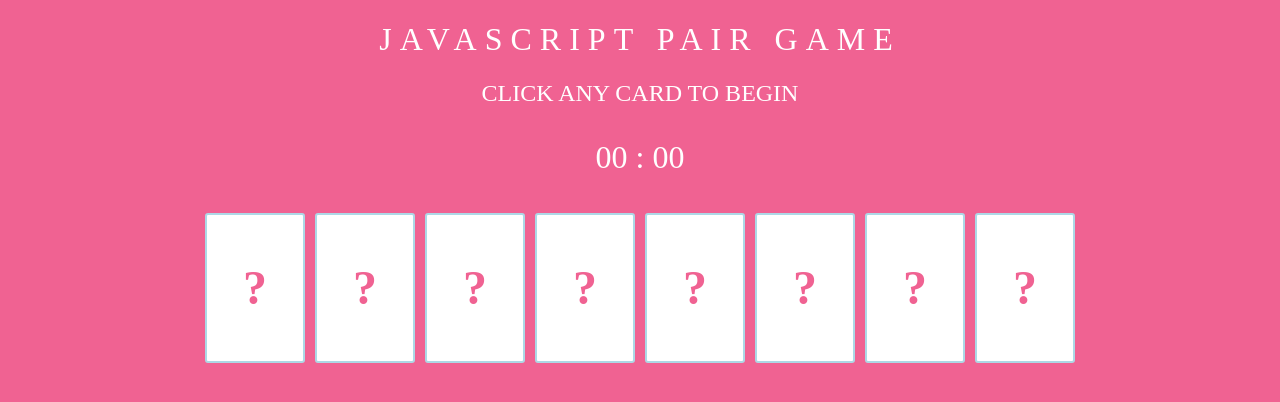
Repository: EEOOOO/javascript-projects
Page: pairGameApp/index.html
The author's editor kept a copy of each file at every save. The page is drawn from the files as they stood at one save, then again after the next save.
The browser window is 1280 px wide. The pictures show the whole page.

Above is the page before, as saved 2022-07-26 18:57:47.

### pairGameApp/index.html
<!DOCTYPE html>
<html lang="en">
<head>
    <meta charset="UTF-8">
    <meta http-equiv="X-UA-Compatible" content="IE=edge">
    <meta name="viewport" content="width=device-width, initial-scale=1.0">
    <link rel="stylesheet" href="style.css">
    <script defer src="pairGame.js"></script>
    <title>pairGame</title>
</head>
<body>
    <h1>Javascript Pair Game</h1>
    <h2>Click any card to begin</h2>
    <p class="time">
        <span class="sec">00</span>
        <span>:</span>
        <span class="milisec">00</span>
    </p>
    <div class="container">

    </div>
</body>
</html>

### pairGameApp/style.css
* {
  box-sizing: border-box;
}
body {
  background-color: #f06292;
  color: white;
  text-align: center;
}
h1 {
  font-weight: 300;
  letter-spacing: 0.5rem;
  text-transform: uppercase;
}
h2 {
  font-weight: 400;
  text-transform: uppercase;
}
.time {
  font-size: 2rem;
}
.container {
  margin: auto;
  text-align: center;
  display: flex;
  justify-content: center;
  align-items: center;
}
.card {
  width: 100px;
  height: 150px;
  perspective: 1000px;
  margin: 5px;
}
.card-inner {
  position: relative;
  width: 100%;
  height: 100%;
  text-align: center;
  transition: transform 1s;
  transform-style: preserve-3d;
}
.card-front {
  width: 100%;
  height: 100%;
  //backface-visibility: hidden;
  position: absolute;
  background-color: white;
  border-radius: 3px;
  border: 2px solid lightblue;
  cursor: pointer;
  display: flex;
  justify-content: center;
  align-items: center;
  //transform: rotateY(180deg);
}
.card-front span {
  color: #f06292;
  font-weight: 800;
  font-size: 3rem;
}
.card-back {
  position: absolute;
  width: 100%;
  height: 100%;
  backface-visibility: hidden;
  top: 0;
  left: 0;
  background-color: lightblue;
  border-radius: 3px;
  border: 2px solid white;
  cursor: pointer;
  display: flex;
  justify-content: center;
  align-items: center;
  transform: rotateY(180deg);
}
.card-back span {
  color: "#00796b";
  font-size: 3rem;
}
.flipped {
  transform-style: preserve-3d;
  transform: rotateY(180deg);
}

### pairGameApp/pairGame.js
let h1 = document.querySelector('h1');
let h2 = document.querySelector('h2');
let time = document.querySelector('.time');
let sec = document.querySelector('.sec');
let milisec = document.querySelector('.milisec');
let container = document.querySelector('.container');

let cards = ['1','2','3','4','1','2','3','4']
let counter = 0;
let compareList = [];
cards = shuffle(cards);
function shuffle(array) {
    let currentIndex = array.length,  randomIndex;

    // While there remain elements to shuffle.
    while (currentIndex != 0) {

      // Pick a remaining element.
      randomIndex = Math.floor(Math.random() * currentIndex);
      currentIndex--;

      // And swap it with the current element.
      [array[currentIndex], array[randomIndex]] = [
        array[randomIndex], array[currentIndex]];
    }

    return array;
  }

for (card of cards){
    let cardBox = document.createElement('div');
    cardBox.setAttribute('class','card');

    let cardInner = document.createElement('div');
    cardInner.setAttribute('class','card-inner');
    let cardFront = document.createElement('div');
    cardFront.setAttribute('class','card-front');
    let cardFrontSpan = document.createElement('span');
    cardFrontSpan.textContent = '?';
    cardFront.append(cardFrontSpan);

    let cardBack = document.createElement('div');
    let cardBackSpan = document.createElement('span');
    cardBack.setAttribute('class','card-back');
    cardBackSpan.textContent = card;
    cardBack.append(cardBackSpan);


    cardInner.append(cardFront);
    cardInner.append(cardBack);
    cardBox.append(cardInner);
    container.append(cardBox);

    cardBox.onclick = function() {
        cardInner.classList.add('flipped');
        counter++;
        compareList.push(this.textContent.slice(1));
        if (compareList.length > 1){
          checkCorrect();
        }
        console.log(compareList);
        startTimer();
        win();
    }
}
let timer;
function startTimer(){
  if (timer){
      clearInterval(timer);
  }
  timer = setInterval(updateTimer, 100);
};
let win = function(){
  console.log('checked');
  console.log(counter);
  if (counter == 8){
    clearInterval(timer);
    time.html = "";
    finishTime = sec.textContent + 'sec ' + milisec.textContent + 'mili sec'
    time.textContent = `${finishTime}이 걸려 성공했습니다.✨`;
  }
}
function updateTimer(){
  changedMiliSec = +milisec.textContent + 1
  if (changedMiliSec < 10) {
      changedMiliSec= paddingZero(changedMiliSec);
  }
  else if ( 59 <= changedMiliSec ) {
      changedMiliSec = '00'
      changedSec = +sec.textContent + 1
      if (changedSec < 10) {
          changedSec = paddingZero(changedSec);
      }
      sec.textContent = changedSec;
  }
  milisec.textContent = changedMiliSec;


}
function paddingZero(timeContent) {
  return '0'+ timeContent
}
function checkCorrect(){
  if (compareList[0] === compareList[1]) {
    console.log('correct');
  }
  compareList = [];
}

After the next save:
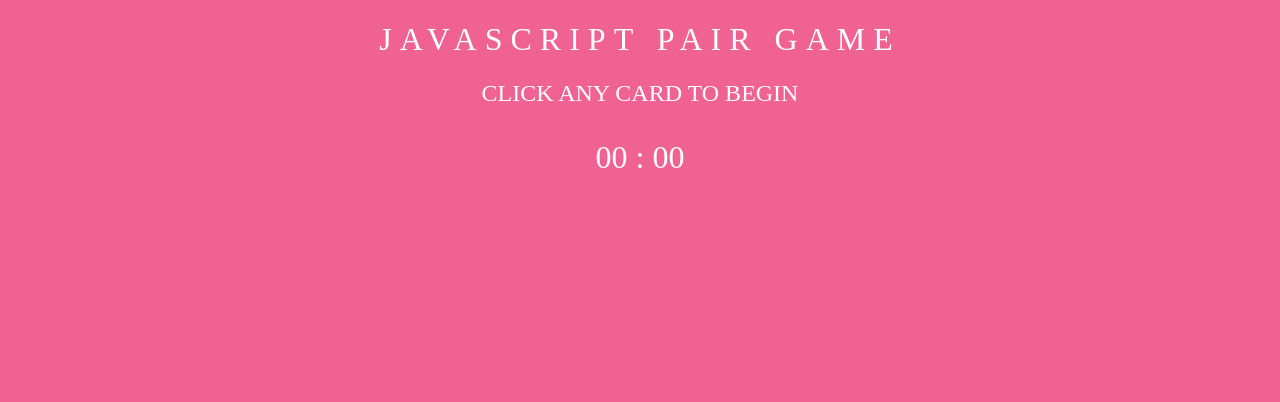
Console error: SyntaxError: Unexpected token 'this'
Saved 7 min 45 s later.
--- a/pairGameApp/pairGame.js
+++ b/pairGameApp/pairGame.js
@@ -56,7 +56,7 @@
         counter++;
         compareList.push(this.textContent.slice(1));
         if (compareList.length > 1){
-          checkCorrect();
+          checkCorrect(this);
         }
         console.log(compareList);
         startTimer();
@@ -100,9 +100,13 @@
 function paddingZero(timeContent) {
   return '0'+ timeContent
 }
-function checkCorrect(){
+function checkCorrect(this){
   if (compareList[0] === compareList[1]) {
     console.log('correct');
   }
+  else{
+    this.classList.remove('flipped');
+    this.classList.add('reveresed');
+  }
   compareList = [];
 }

After the 3 saves that followed:
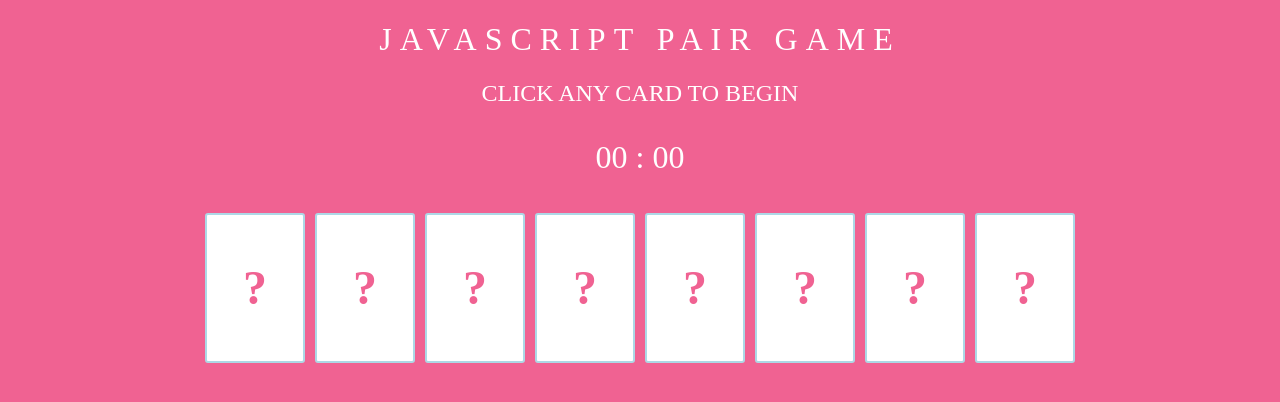
The error is gone.
The 3 saves are shown as one change because 2 left the picture as it was.
The last was saved 59 s later.
--- a/pairGameApp/style.css
+++ b/pairGameApp/style.css
@@ -82,3 +82,7 @@ h2 {
   transform-style: preserve-3d;
   transform: rotateY(180deg);
 }
+.reverse {
+  transform-style: preserve-3d;
+  transform: rotateY(0deg);
+}
--- a/pairGameApp/pairGame.js
+++ b/pairGameApp/pairGame.js
@@ -100,13 +100,13 @@
 function paddingZero(timeContent) {
   return '0'+ timeContent
 }
-function checkCorrect(this){
+function checkCorrect(card){
   if (compareList[0] === compareList[1]) {
     console.log('correct');
   }
   else{
-    this.classList.remove('flipped');
-    this.classList.add('reveresed');
+    card.classList.remove('flipped');
+    card.classList.add('reverse');
   }
   compareList = [];
 }
